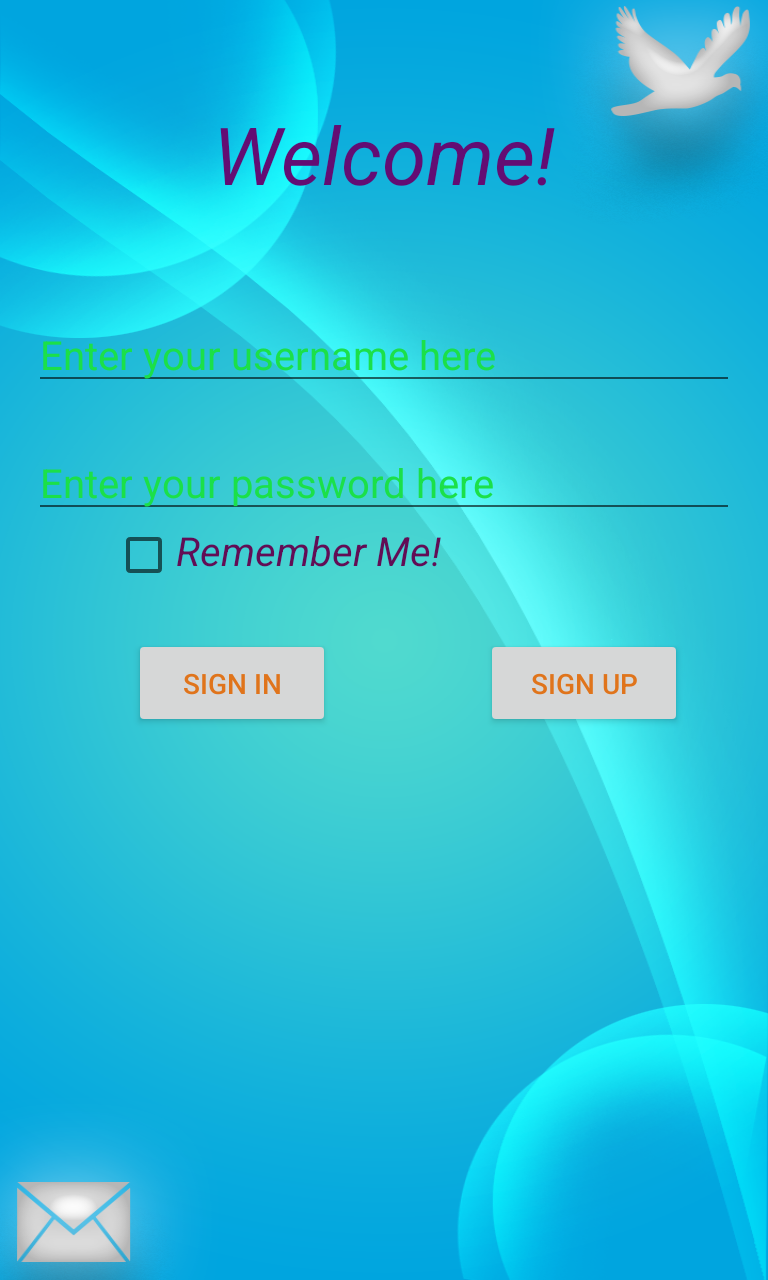
Repository: JodyCoolit/android
Layout: Delivery/res/layout/activity_login.xml
The author's editor kept a copy of each file at every save. The layout is drawn from the files as they stood at one save, then again after the next save.
It is drawn on a 768 x 1280 px phone screen (xhdpi) without system bars, with theme AppTheme; the app's code is not run.

Above is the layout before, as saved 2014-08-25 02:28:02.

### Delivery/res/layout/activity_login.xml
<?xml version="1.0" encoding="utf-8"?>
<LinearLayout xmlns:android="http://schemas.android.com/apk/res/android"
    android:layout_width="match_parent"
    android:layout_height="match_parent"
    android:paddingLeft="16dp"
    android:paddingRight="16dp"
    android:orientation="vertical"
    android:background="@drawable/bg_login"
    >

    <TextView
        android:layout_marginTop="50sp"
        android:layout_width="wrap_content"
        android:layout_height="wrap_content"
        android:text="@string/welcome"
        android:textSize="40sp"
        android:layout_gravity="center"
        android:textStyle="italic"
        android:textColor="#630D73"
         />
	<EditText
	    android:id="@+id/et_login_username"
	    android:singleLine="true"
	    android:textColorHint="#1BE049"
	    android:textColor="#1BE011"
	    android:layout_marginTop="50sp"
	    android:textSize="20sp"
        android:layout_width="match_parent"
        android:layout_height="wrap_content"
        android:hint="@string/hint_username" />
    <EditText
        android:id="@+id/et_login_password"
        android:singleLine="true"
        android:textColor="#1BE011"
        android:textColorHint="#1BE049"
        android:layout_marginTop="20sp"
        android:textSize="20sp"
        android:layout_width="match_parent"
        android:layout_height="wrap_content"
        android:gravity="top"
        android:inputType="textPassword"
        android:hint="@string/hint_password" />

    <LinearLayout
        android:layout_width="match_parent"
    	android:layout_height="wrap_content"
    	android:orientation="horizontal">
    	<CheckBox
    	android:layout_marginLeft="40sp"
        android:id="@+id/cb_rememberMe"
        android:layout_width="wrap_content"
        android:layout_height="wrap_content"
        />
    	<TextView
        android:layout_width="wrap_content"
        android:layout_height="wrap_content"
        android:text="@string/rememberMe"
        android:textSize="20sp"
        android:textStyle="italic"
        android:textColor="#620D55"
         />
    </LinearLayout>
    <LinearLayout
        android:layout_width="match_parent"
    	android:layout_height="wrap_content">
        <Button
            android:id="@+id/btn_signin"
	        android:textColor="#E0741B"
	        android:layout_marginTop="10sp"
	        android:layout_marginLeft="50sp"
	        android:layout_width="100dp"
	        android:layout_height="wrap_content"
	        android:layout_gravity="center"
	        android:text="@string/btn_signin" />

        <ProgressBar
        android:id="@+id/pb_login"
        style="?android:attr/progressBarStyleLarge"
        android:layout_width="wrap_content"
        android:layout_height="wrap_content" />

     	<Button
         	android:id="@+id/btn_signup"
	        android:textColor="#E0741B"
	        android:layout_marginTop="10sp"
	        android:layout_marginLeft="0sp"
	        android:layout_width="100dp"
	        android:layout_height="wrap_content"
	        android:layout_gravity="center"
	        android:text="@string/btn_signup" />
    </LinearLayout>

</LinearLayout>

### Delivery/res/values/strings.xml
<?xml version="1.0" encoding="utf-8"?>
<resources>
    <string name="app_name">Delivery</string>
    <string name="signup">Sign Up</string>

    <!-- LoginActivity -->
    <string name="welcome">Welcome!</string>
    <string name="rememberMe"> Remember Me!</string>
	<string name="btn_signin">Sign in</string>
	<string name="btn_signup">Sign up</string>
	<string name="hint_username">Enter your username here</string>
	<string name="hint_password">Enter your password here</string>

	<!--  SignupActivity -->
	<string name="tv_signup_username">Username : </string>
	<string name="tv_signup_password">Password : </string>
	<string name="hint_signup_username">E-mail/Username/IC</string>
	<string name="hint_signup_password">Case Sencetive</string>
	<string name="hint_signup_address">Address for delivery</string>
	<string name="tv_signup_phone">Phone : </string>
	<string name="tv_signup_email">E-mail : </string>
	<string name="tv_signup_address">Address : </string>
	<string name="btn_signup_register">Register Now!</string>
</resources>

Loaded but not shown: Delivery/res/values/styles.xml (common file); Delivery/res/values-v11/styles.xml (common file); Delivery/res/values-v14/styles.xml (common file)

After the next save:
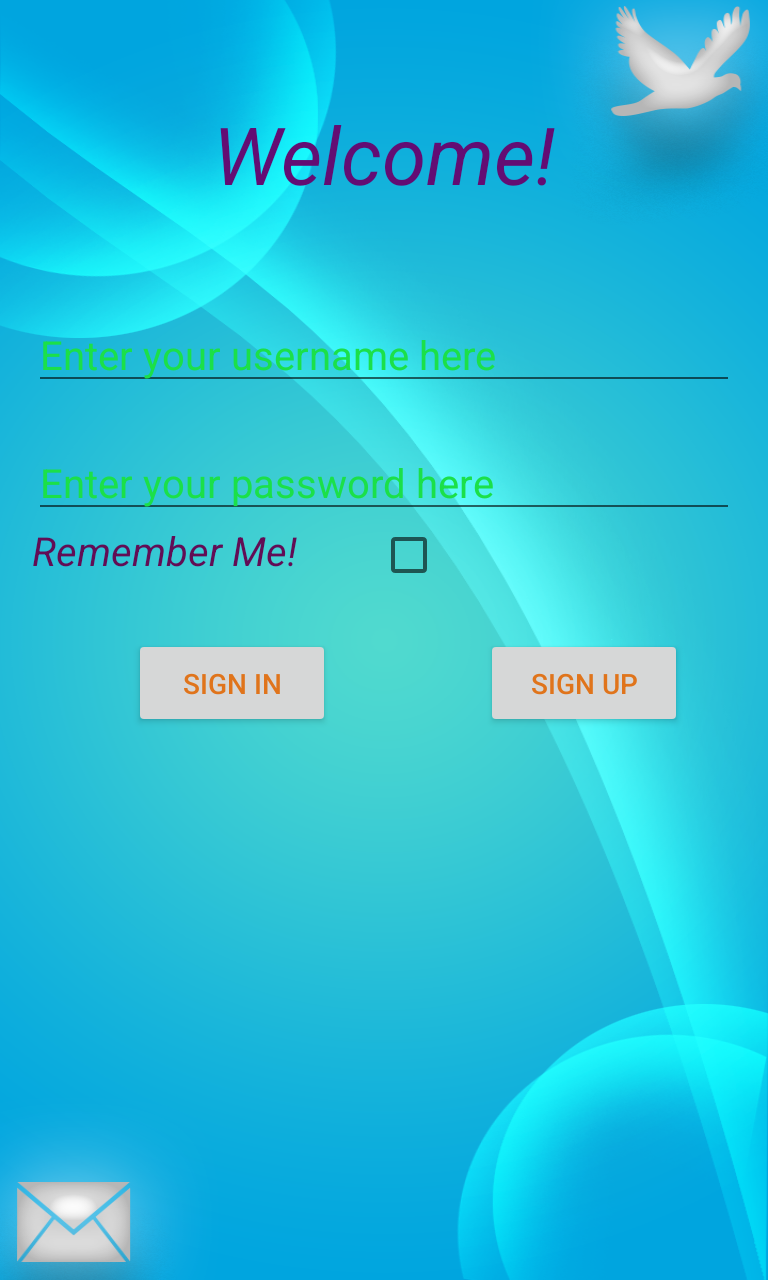
Saved 61 s later.
--- a/Delivery/res/layout/activity_login.xml
+++ b/Delivery/res/layout/activity_login.xml
@@ -45,12 +45,7 @@
         android:layout_width="match_parent"
     	android:layout_height="wrap_content"
     	android:orientation="horizontal">
-    	<CheckBox
-    	android:layout_marginLeft="40sp"
-        android:id="@+id/cb_rememberMe"
-        android:layout_width="wrap_content"
-        android:layout_height="wrap_content"
-        />
+
     	<TextView
         android:layout_width="wrap_content"
         android:layout_height="wrap_content"
@@ -59,6 +54,13 @@
         android:textStyle="italic"
         android:textColor="#620D55"
          />
+
+    	<CheckBox
+    	android:layout_marginLeft="40sp"
+        android:id="@+id/cb_rememberMe"
+        android:layout_width="wrap_content"
+        android:layout_height="wrap_content"
+        />
     </LinearLayout>
     <LinearLayout
         android:layout_width="match_parent"

After the save that followed:
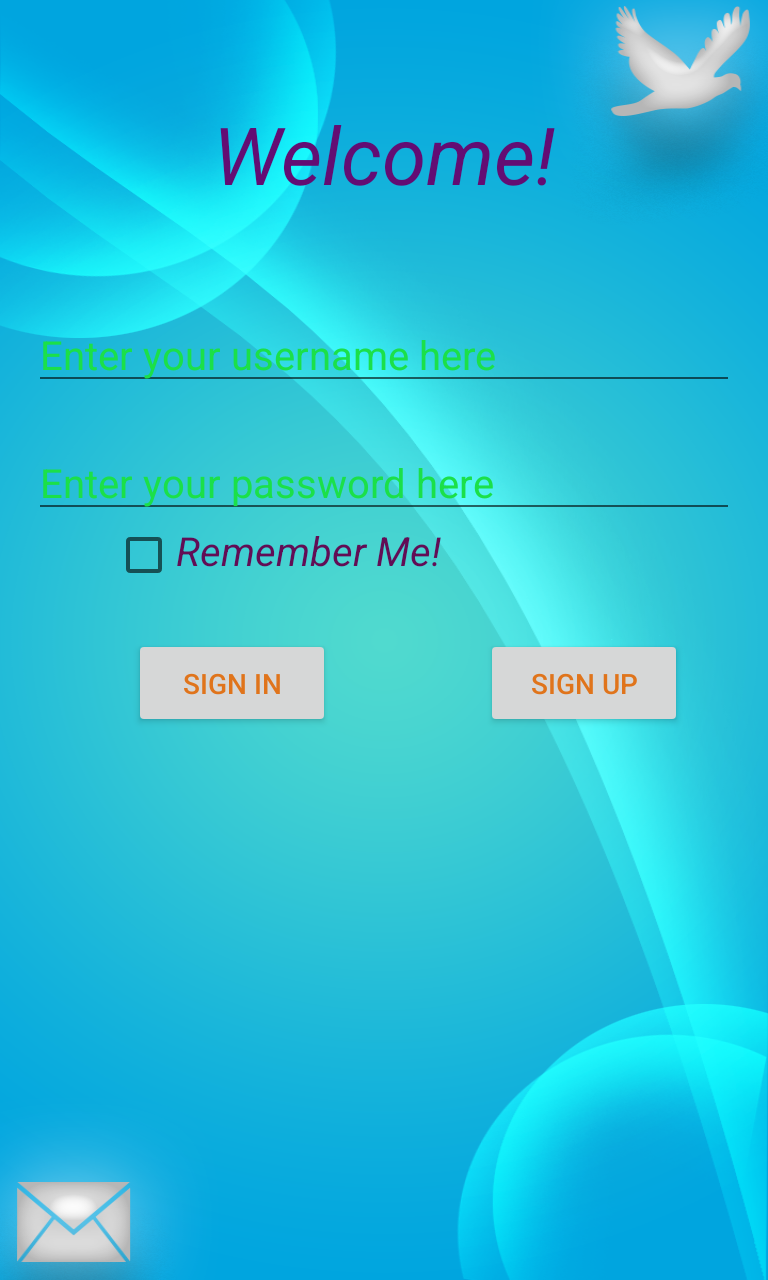
Saved 10 s later.
--- a/Delivery/res/layout/activity_login.xml
+++ b/Delivery/res/layout/activity_login.xml
@@ -45,7 +45,12 @@
         android:layout_width="match_parent"
     	android:layout_height="wrap_content"
     	android:orientation="horizontal">
-
+    	<CheckBox
+    	android:layout_marginLeft="40sp"
+        android:id="@+id/cb_rememberMe"
+        android:layout_width="wrap_content"
+        android:layout_height="wrap_content"
+        />
     	<TextView
         android:layout_width="wrap_content"
         android:layout_height="wrap_content"
@@ -54,13 +59,6 @@
         android:textStyle="italic"
         android:textColor="#620D55"
          />
-
-    	<CheckBox
-    	android:layout_marginLeft="40sp"
-        android:id="@+id/cb_rememberMe"
-        android:layout_width="wrap_content"
-        android:layout_height="wrap_content"
-        />
     </LinearLayout>
     <LinearLayout
         android:layout_width="match_parent"
